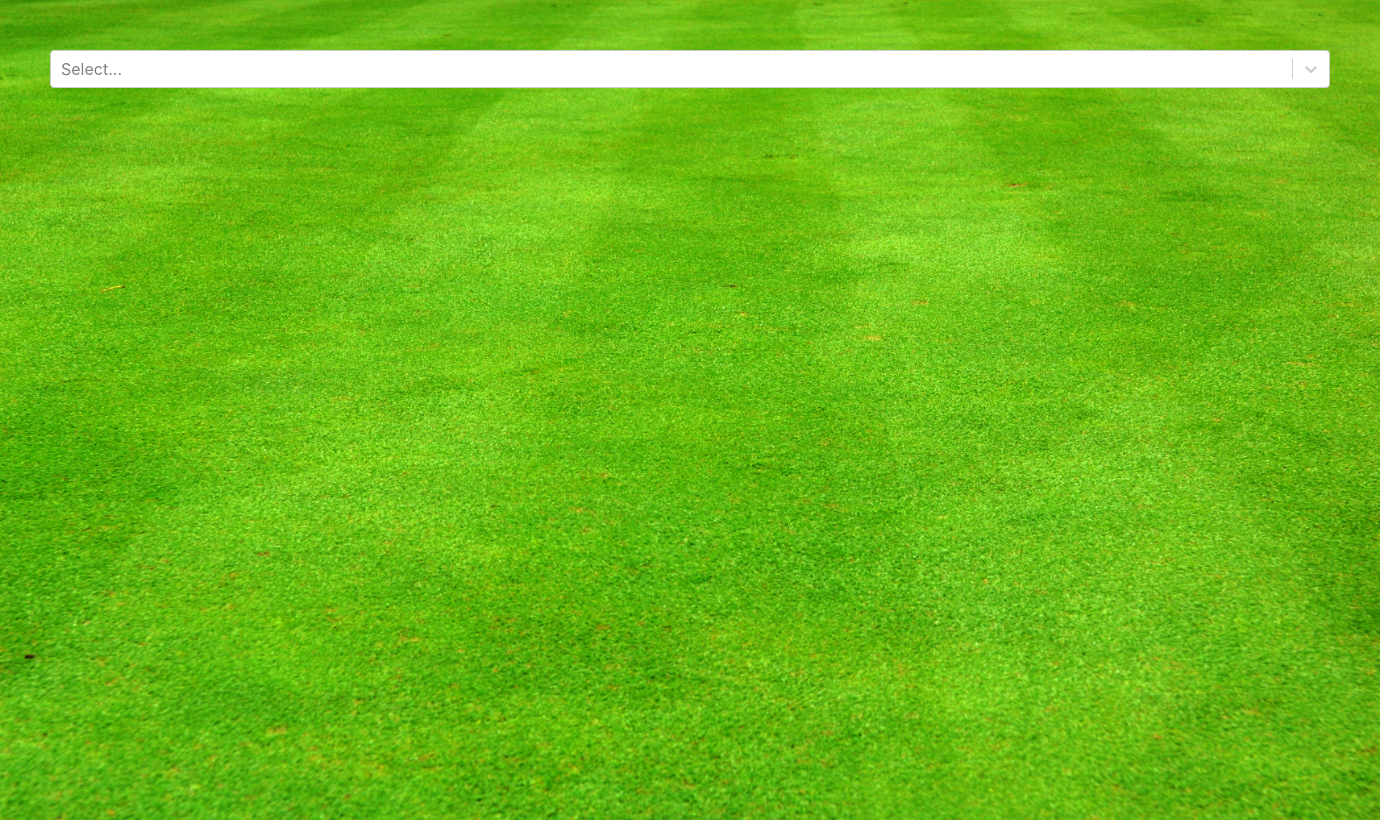
Repository: JorSargsyan/FootballApp
Page: /
The author's editor kept a copy of each file at every save. The page is drawn from the files as they stood at one save, then again after the next save.
The browser window is 1280 px wide. The page is 1380 px wide, then 1280 px, so the pictures cover 1380 px, including what lies to the right of the window. The pictures show the whole page.
The page's requests for data from a server got no answer. The project was rebuilt for these pictures with package versions that can differ from the ones it lists, and the page was loaded fresh each time. No one was signed in, and anything a server would have sent is missing. Also part of the build but not shown: src/components/common/Table.js.

Above is the page before, as saved 2019-07-13 17:22:19.

After the next save:
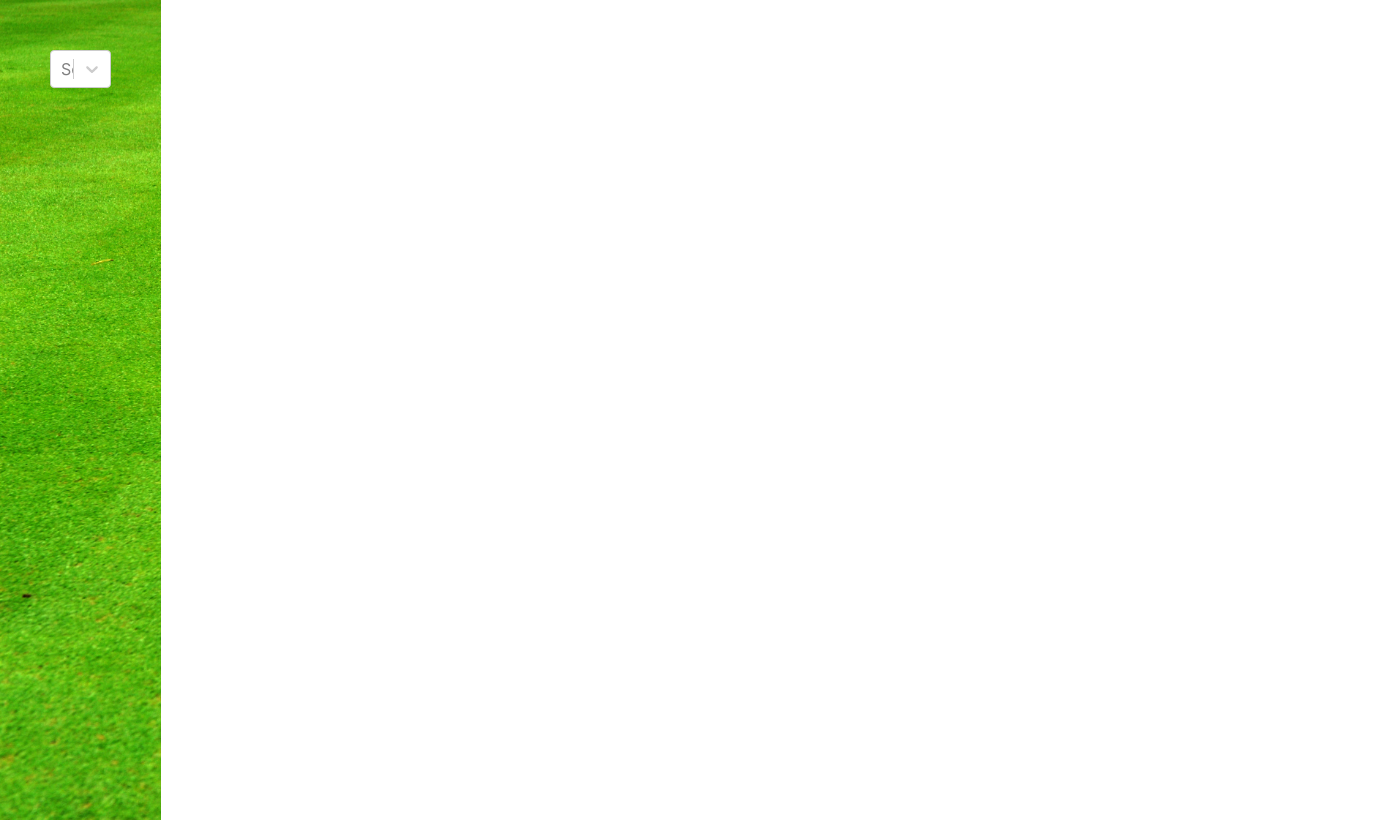
Saved 11 s later.
--- a/src/App.css
+++ b/src/App.css
@@ -1,13 +1,12 @@
 
 .App{
   padding: 50px;
-  height: auto;
+  height: 100%;
   background:url("assets/bg.jpg");
   background-repeat: no-repeat;
   background-size: cover;
   position: absolute;
-  width: 100%;
-  height: 100%;
+
 }
 
 
